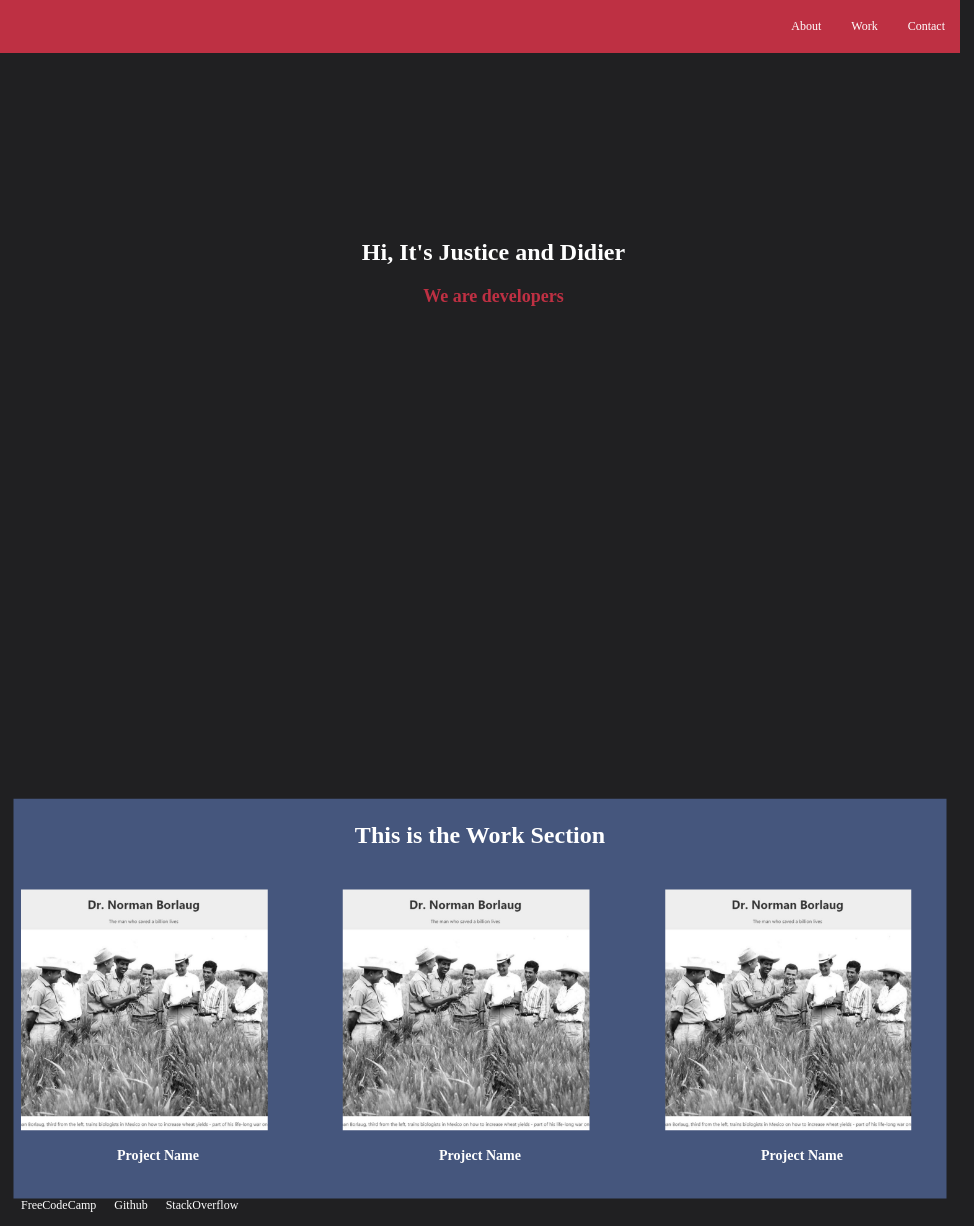
Repository: justicebhekani88/microverse_portfolio_project
Page: index.html
An editor plug-in stored every save of this project. The page is shown before and after the next save, followed by the edit.
The browser window is 1280 px wide. The page is 1298 px wide, so the pictures cover 1298 px, including what lies to the right of the window. The pictures show the whole page, at 75% of full size.

Above is the page before, as saved 2022-07-21 15:33:05.

After the next save:
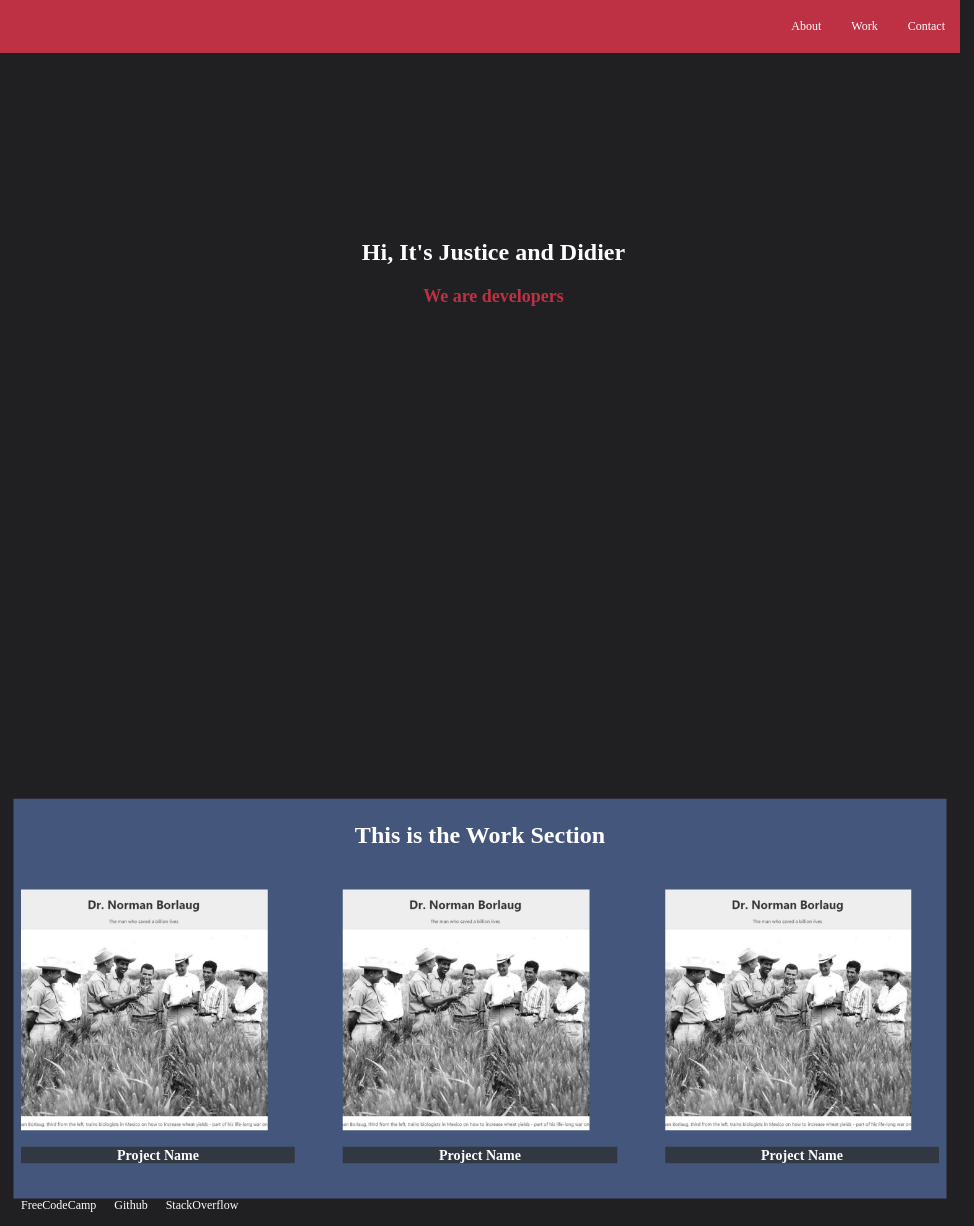
Saved 9 s later.
--- a/index.html
+++ b/index.html
@@ -31,7 +31,7 @@
                 <a href="">
                     <div>
                         <img src="project.png" alt="Project Image">
-                        <h3>Project Name</h3>
+                        <h3 id="project-name">Project Name</h3>
                     </div>
                 </a>
             </div>
@@ -39,7 +39,7 @@
                 <a href="">
                     <div>
                         <img src="project.png" alt="Project Image">
-                        <h3>Project Name</h3>
+                        <h3 id="project-name">Project Name</h3>
                     </div>
                 </a>
             </div>
@@ -47,7 +47,7 @@
                 <a href="">
                     <div>
                         <img src="project.png" alt="Project Image">
-                        <h3>Project Name</h3>
+                        <h3 id="project-name">Project Name</h3>
                     </div>
                 </a>
             </div>
